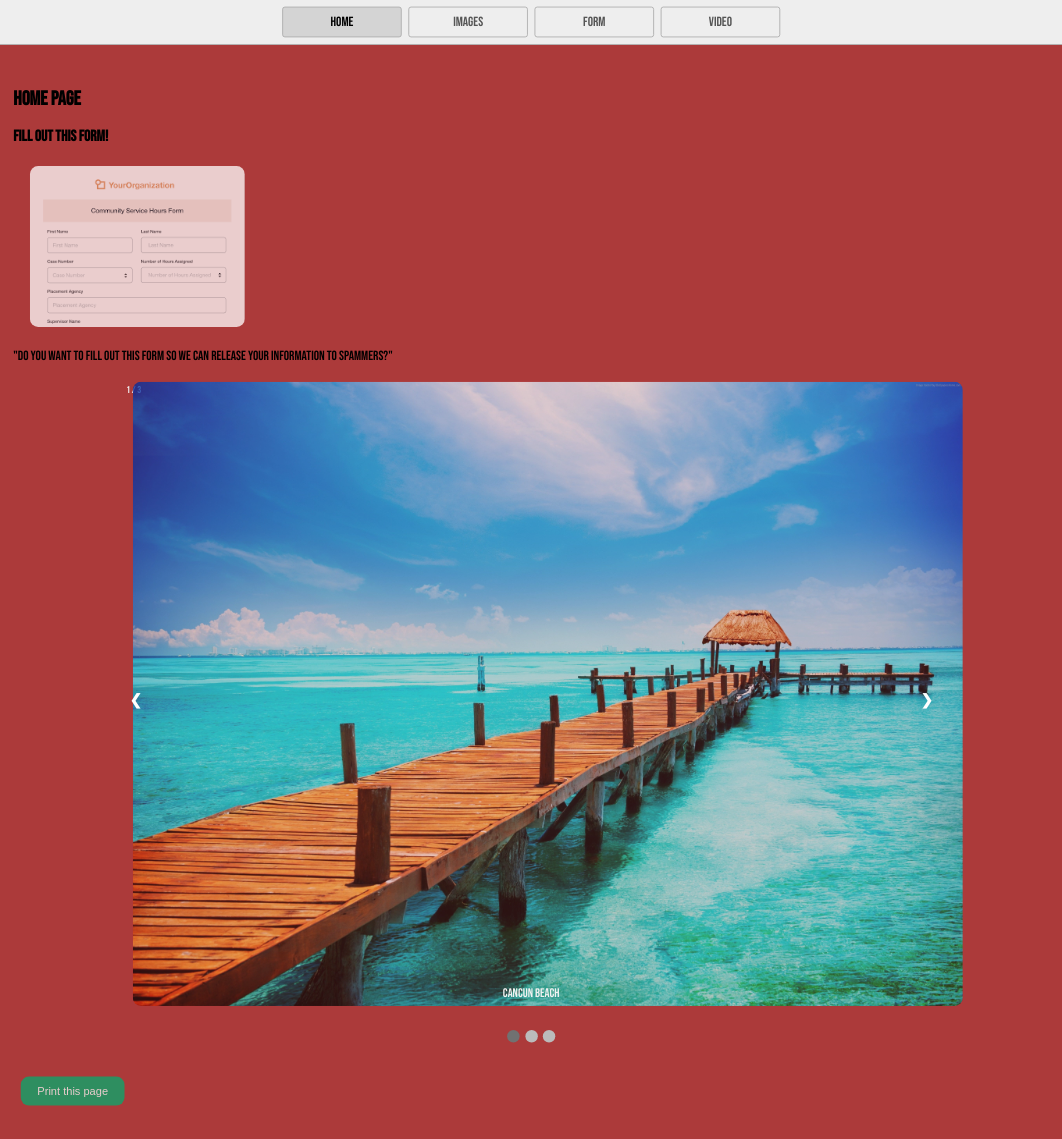
Repository: sebas6292/palmTree-Final
Page: Home.html
These files come from the project's save history. The page is drawn as it stood at one moment and after the next save; the edit follows.
The browser window is 1280 px wide. The pictures show the whole page, at 83% of full size.

Above is the page before, as saved 2023-06-03 13:50:44.

After the next save:
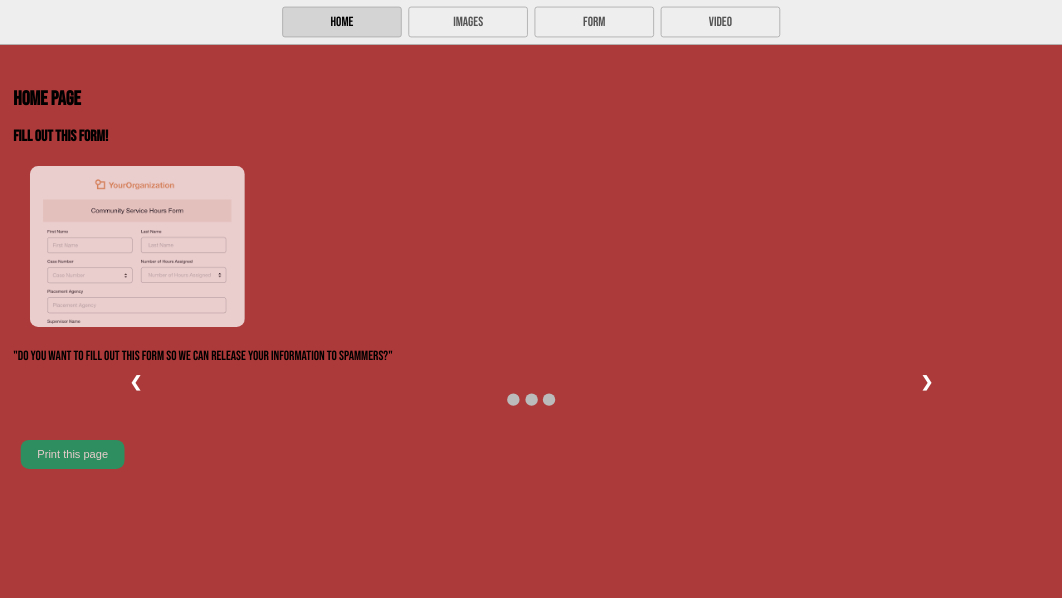
Console error: TypeError: Cannot set properties of null (setting 'innerHTML')
Saved 2 h 16 min later.
--- a/script.js
+++ b/script.js
@@ -1,4 +1,5 @@
-document.write(Date())
+const displayDate = document.getElementById("id01");
+displayDate.innerHTML = Date();
 
           let slideIndex = 1;
 showSlides(slideIndex);
